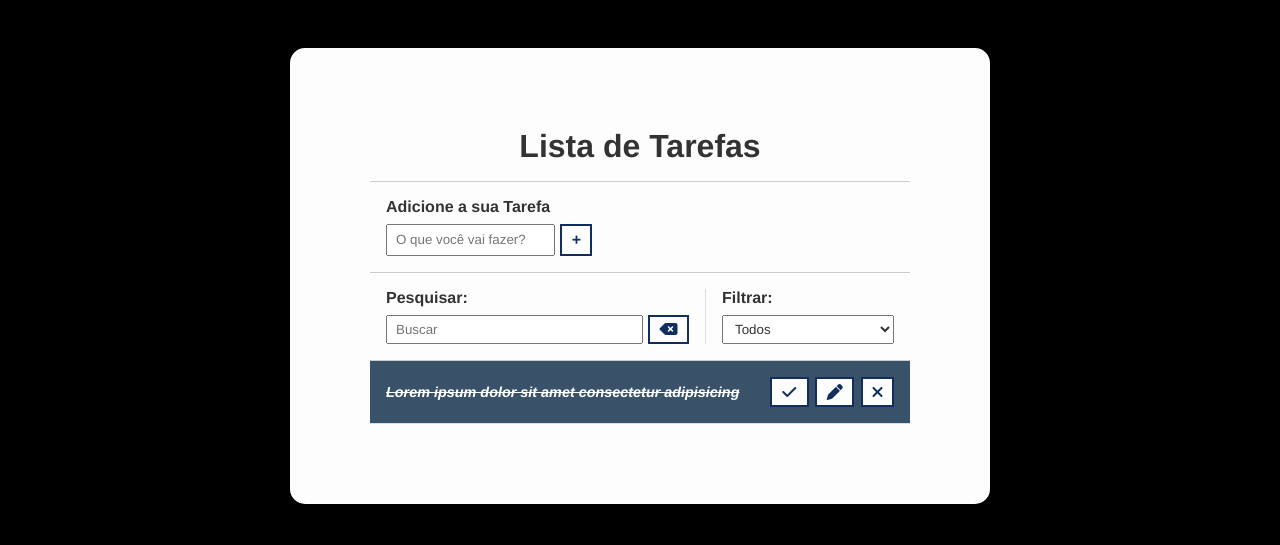
Repository: bek77g/todoList-vanillaJS
Page: index.html
These files come from the project's save history. The page is drawn as it stood at one moment and after the next save; the edit follows.
The browser window is 1280 px wide. The pictures show the whole page.
Some web libraries are served in a nearby version.

Above is the page before, as saved 2023-01-23 11:17:38.

After the next save:
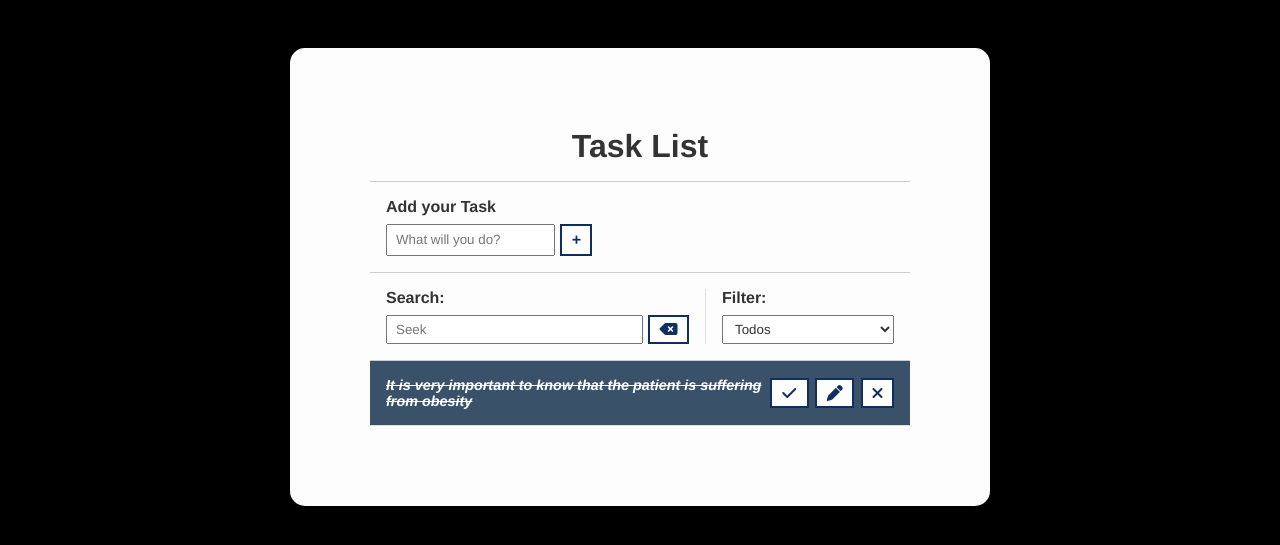
Saved 5 min 0 s later.
--- a/index.html
+++ b/index.html
@@ -18,53 +18,52 @@
 
     <div class="todo-container">
       <header>
-        <h1>Lista de Tarefas</h1>
+        <h1>Task List</h1>
       </header>
       <form id="todo-form">
-        <p>Adicione a sua Tarefa</p>
+        <p>Add your Task</p>
         <div class="form-control">
-          <input
-            type="text"
-            id="todo-input"
-            placeholder="O que você vai fazer?"
-          />
+          <input type="text" id="todo-input" placeholder="What will you do?" />
           <button type="submit">
             <i class="fa-thin fa-plus"></i>
           </button>
         </div>
       </form>
       <form id="edit-form" class="hide">
-        <p>Edite sua Tarefa:</p>
+        <p>Edit your Task:</p>
         <div class="form-control">
           <input type="text" id="edit-input" />
           <button type="submit">
             <i class="fa-solid fa-check-double"></i>
           </button>
         </div>
-        <button id="cancel-edit-btn">Cancelar</button>
+        <button id="cancel-edit-btn">Cancel</button>
       </form>
       <div id="toolbar">
         <div id="search">
-          <h4>Pesquisar:</h4>
+          <h4>Search:</h4>
           <form>
-            <input type="text" id="search-input" placeholder="Buscar" />
+            <input type="text" id="search-input" placeholder="Seek" />
             <button id="erase-button">
               <i class="fa-solid fa-delete-left"></i>
             </button>
           </form>
         </div>
         <div id="filter">
-          <h4>Filtrar:</h4>
+          <h4>Filter:</h4>
           <select id="filter-select">
             <option value="all">Todos</option>
-            <option value="done">Feitos</option>
-            <option value="todo">A Fazer</option>
+            <option value="done">Done</option>
+            <option value="todo">Todo</option>
           </select>
         </div>
       </div>
       <div id="todo-list">
         <div class="todo done">
-          <h3>Lorem ipsum dolor sit amet consectetur adipisicing</h3>
+          <h3>
+            It is very important to know that the patient is suffering from
+            obesity
+          </h3>
           <button class="finish-todo">
             <i class="fa-solid fa-check"></i>
           </button>
